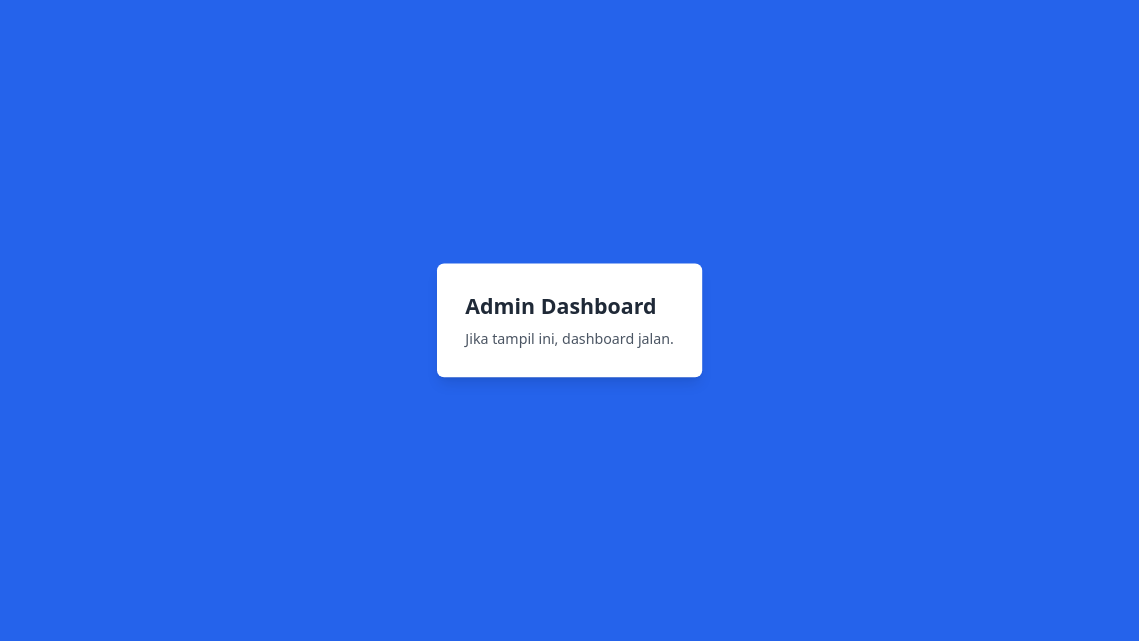
Repository: Warfail/restoran-frontend
Page: /admin
The author's editor kept a copy of each file at every save. The page is drawn from the files as they stood at one save, then again after the next save.
The browser window is 1280 px wide. The pictures show the whole page, at 89% of full size.
The project was rebuilt for these pictures with package versions that can differ from the ones it lists, and the page was loaded fresh each time. Also part of the build but not shown: vite.config.js, src/pages/LoginPage.jsx.

Above is the page before, as saved 2026-06-15 18:50:54.

### index.html
<!doctype html>
<html lang="en">
  <head>
    <meta charset="UTF-8" />
    <link rel="icon" type="image/svg+xml" href="/favicon.svg" />
    <meta name="viewport" content="width=device-width, initial-scale=1.0" />
    <title>restorant-frontend-update</title>
  </head>
  <body>
    <div id="root"></div>
    <script type="module" src="/src/main.jsx"></script>
  </body>
</html>

### src/App.jsx
import { BrowserRouter, Routes, Route, Navigate } from "react-router-dom";
import LoginPage from "./pages/LoginPage";
import AdminDashboard from "./pages/AdminDashboard";

function App() {
  return (
    <BrowserRouter>
      <Routes>
        <Route path="/login" element={<LoginPage />} />
        <Route path="/admin" element={<AdminDashboard />} />
        <Route path="/" element={<Navigate to="/login" />} />
      </Routes>
    </BrowserRouter>
  );
}

export default App;

### src/pages/AdminDashboard.jsx
import Sidebar from "../components/admin/Sidebar";
import StatsCard from "../components/admin/StatsCard";
import TopMenuList from "../components/admin/TopMenuList";
import BottomMenuList from "../components/admin/BottomMenuList";
import RecentOrdersTable from "../components/admin/RecentOrdersTable";
import Footer from "../components/admin/Footer";

export default function AdminDashboard() {
  return (
    <div className="min-h-screen flex items-center justify-center bg-blue-600">
      <div className="bg-white p-8 rounded-lg shadow-lg">
        <h1 className="text-2xl font-bold text-gray-800">Admin Dashboard</h1>
        <p className="text-gray-600 mt-2">Jika tampil ini, dashboard jalan.</p>
      </div>
    </div>
  );
}

### src/components/admin/Sidebar.jsx
import { useNavigate } from "react-router-dom";

export default function Sidebar() {
  const navigate = useNavigate();

  const handleLogout = () => {
    localStorage.removeItem("token");
    localStorage.removeItem("role");
    navigate("/login");
  };

  return (
    <aside className="fixed left-0 top-0 w-64 h-full bg-[#E12A2C] shadow-lg z-10">
      <div className="p-6 border-b border-white/10">
        <h2 className="text-xl font-extrabold text-white tracking-tight">Singkong Keju D9</h2>
        <p className="text-[#CBFFC2] text-sm mt-1 font-koulen">Admin Panel</p>
      </div>

      <nav className="p-4 space-y-1">
        <a href="#" className="flex items-center gap-3 px-4 py-3 bg-[#FEB64C] text-[#704800] rounded-lg font-medium">
          <svg width="18" height="18" viewBox="0 0 18 18" fill="none">
            <path d="M10 6V0H18V6H10ZM0 10V0H8V10H0ZM10 18V8H18V18H10ZM0 18V12H8V18H0Z" fill="#704800"/>
          </svg>
          Ringkasan
        </a>

        <a href="#" className="flex items-center gap-3 px-4 py-3 text-white hover:bg-white/10 rounded-lg transition">
          <svg width="18" height="18" viewBox="0 0 18 18" fill="white">
            <path d="M1.4 18L0 16.6L10.25 6.35C9.95 5.65 9.90833 4.85833 10.125 3.975C10.3417 3.09167 10.8167 2.3 11.55 1.6C12.4333 0.716667 13.4167 0.2 14.5 0.05C15.5833 -0.1 16.4667 0.166667 17.15 0.85C17.8333 1.53333 18.1 2.41667 17.95 3.5C17.8 4.58333 17.2833 5.56667 16.4 6.45C15.7 7.18333 14.9083 7.65833 14.025 7.875C13.1417 8.09167 12.35 8.05 11.65 7.75L10.4 9L18 16.6L16.6 18L9 10.45L1.4 18Z"/>
          </svg>
          Manajemen Menu
        </a>

        <a href="#" className="flex items-center gap-3 px-4 py-3 text-white hover:bg-white/10 rounded-lg transition">
          <svg width="20" height="20" viewBox="0 0 20 20" fill="white">
            <path d="M12.5 18.925L8.25 14.675L9.65 13.275L12.5 16.125L18.15 10.475L19.55 11.875L12.5 18.925Z"/>
            <path d="M18 9H16V4H14V7H4V4H2V18H8V20H2C1.45 20 0.979167 19.8042 0.5875 19.4125C0.195833 19.0208 0 18.55 0 18V4C0 3.45 0.195833 2.97917 0.5875 2.5875C0.979167 2.19583 1.45 2 2 2H6.175C6.35833 1.41667 6.71667 0.9375 7.25 0.5625C7.78333 0.1875 8.36667 0 9 0C9.66667 0 10.2625 0.1875 10.7875 0.5625C11.3125 0.9375 11.6667 1.41667 11.85 2H16C16.55 2 17.0208 2.19583 17.4125 2.5875C17.8042 2.97917 18 3.45 18 4V9Z"/>
          </svg>
          Stok Bahan
        </a>

        <a href="#" className="flex items-center gap-3 px-4 py-3 text-white hover:bg-white/10 rounded-lg transition">
          <svg width="22" height="16" viewBox="0 0 22 16" fill="white">
            <path d="M0 16V13.2C0 12.6333 0.145833 12.1125 0.4375 11.6375C0.729167 11.1625 1.11667 10.8 1.6 10.55C2.63333 10.0333 3.68333 9.64583 4.75 9.3875C5.81667 9.12917 6.9 9 8 9C9.1 9 10.1833 9.12917 11.25 9.3875C12.3167 9.64583 13.3667 10.0333 14.4 10.55C14.8833 10.8 15.2708 11.1625 15.5625 11.6375C15.8542 12.1125 16 12.6333 16 13.2V16H0Z"/>
            <path d="M18 16V13C18 12.2667 17.7958 11.5625 17.3875 10.8875C16.9792 10.2125 16.4 9.63333 15.65 9.15C16.5 9.25 17.3 9.42083 18.05 9.6625C18.8 9.90417 19.5 10.2 20.15 10.55C20.75 10.8833 21.2083 11.2542 21.525 11.6625C21.8417 12.0708 22 12.5167 22 13V16H18Z"/>
            <path d="M8 8C6.9 8 5.95833 7.60833 5.175 6.825C4.39167 6.04167 4 5.1 4 4C4 2.9 4.39167 1.95833 5.175 1.175C5.95833 0.391667 6.9 0 8 0C9.1 0 10.0417 0.391667 10.825 1.175C11.6083 1.95833 12 2.9 12 4C12 5.1 11.6083 6.04167 10.825 6.825C10.0417 7.60833 9.1 8 8 8Z"/>
          </svg>
          Manajemen Pengguna
        </a>

        <a href="#" className="flex items-center gap-3 px-4 py-3 text-white hover:bg-white/10 rounded-lg transition">
          <svg width="18" height="18" viewBox="0 0 18 18" fill="white">
            <path d="M4 14H6V7H4V14ZM8 14H10V4H8V14ZM12 14H14V10H12V14ZM2 18C1.45 18 0.979167 17.8042 0.5875 17.4125C0.195833 17.0208 0 16.55 0 16V2C0 1.45 0.195833 0.979167 0.5875 0.5875C0.979167 0.195833 1.45 0 2 0H16C16.55 0 17.0208 0.195833 17.4125 0.5875C17.8042 0.979167 18 1.45 18 2V16C18 16.55 17.8042 17.0208 17.4125 17.4125C17.0208 17.8042 16.55 18 16 18H2Z"/>
          </svg>
          Laporan Penjualan
        </a>
      </nav>

      <div className="absolute bottom-0 left-0 right-0 p-4 border-t border-white/10">
        <button className="flex items-center gap-3 px-4 py-3 text-white hover:bg-white/10 rounded-lg w-full transition">
          <svg width="21" height="20" viewBox="0 0 21 20" fill="white">
            <path d="M7.3 20L6.9 16.8C6.68333 16.7167 6.47917 16.6167 6.2875 16.5C6.09583 16.3833 5.90833 16.2583 5.725 16.125L2.75 17.375L0 12.625L2.575 10.675C2.55833 10.5583 2.55 10.4458 2.55 10.3375C2.55 10.2292 2.55 10.1167 2.55 10C2.55 9.88333 2.55 9.77083 2.55 9.6625C2.55 9.55417 2.55833 9.44167 2.575 9.325L0 7.375L2.75 2.625L5.725 3.875C5.90833 3.74167 6.1 3.61667 6.3 3.5C6.5 3.38333 6.7 3.28333 6.9 3.2L7.3 0H12.8L13.2 3.2C13.4167 3.28333 13.6208 3.38333 13.8125 3.5C14.0042 3.61667 14.1917 3.74167 14.375 3.875L17.35 2.625L20.1 7.375L17.525 9.325C17.5417 9.44167 17.55 9.55417 17.55 9.6625C17.55 9.77083 17.55 9.88333 17.55 10C17.55 10.1167 17.55 10.2292 17.55 10.3375C17.55 10.4458 17.5333 10.5583 17.5 10.675L20.075 12.625L17.325 17.375L14.375 16.125C14.1917 16.2583 14 16.3833 13.8 16.5C13.6 16.6167 13.4 16.7167 13.2 16.8L12.8 20H7.3Z"/>
          </svg>
          Pengaturan
        </button>

        <button
          onClick={handleLogout}
          className="flex items-center gap-3 px-4 py-3 text-white hover:bg-white/10 rounded-lg w-full mt-1 transition"
        >
          <svg width="18" height="18" viewBox="0 0 18 18" fill="white">
            <path d="M2 18C1.45 18 0.979167 17.8042 0.5875 17.4125C0.195833 17.0208 0 16.55 0 16V2C0 1.45 0.195833 0.979167 0.5875 0.5875C0.979167 0.195833 1.45 0 2 0H9V2H2V16H9V18H2ZM13 14L11.625 12.55L14.175 10H6V8H14.175L11.625 5.45L13 4L18 9L13 14Z"/>
          </svg>
          Keluar
        </button>
      </div>
    </aside>
  );
}

### src/components/admin/StatsCard.jsx
export default function StatsCard({ title, value, icon, growth, bgColor, iconColor }) {
  const isPositive = growth >= 0;

  return (
    <div className="bg-white p-6 rounded-xl border border-[#BFCABA] shadow-sm">
      <div className="flex justify-between items-start">
        <div className={`p-2 rounded-lg ${bgColor}`}>
          <span className="text-xl">{icon}</span>
        </div>
        <div className={`px-2 py-1 rounded ${bgColor}`}>
          <span className={`text-sm font-bold ${iconColor}`}>
            {isPositive ? "+" : ""}{growth}%
          </span>
        </div>
      </div>
      <div className="mt-4">
        <p className="text-[#40493D] text-sm font-semibold">{title}</p>
        <p className="text-[#191C1D] text-2xl font-bold mt-1">{value}</p>
      </div>
    </div>
  );
}

### src/components/admin/TopMenuList.jsx
export default function TopMenuList({ menus }) {
  return (
    <div className="bg-white rounded-xl border border-[#BFCABA] shadow-sm overflow-hidden">
      <div className="px-6 py-5 border-b border-[#BFCABA] flex justify-between items-center">
        <div className="flex items-center gap-3">
          <div className="w-10 h-10 rounded-full bg-green-50 flex items-center justify-center">
            <svg width="20" height="12" viewBox="0 0 20 12" fill="none">
              <path d="M1.4 12L0 10.6L7.4 3.15L11.4 7.15L16.6 2H14V0H20V6H18V3.4L11.4 10L7.4 6L1.4 12Z" fill="#2E7D32"/>
            </svg>
          </div>
          <h3 className="text-xl font-semibold text-[#191C1D]">5 Menu Paling Laris</h3>
        </div>
        <svg width="20" height="20" viewBox="0 0 20 20" fill="none">
          <path d="M8.6 14.6L15.65 7.55L14.25 6.15L8.6 11.8L5.75 8.95L4.35 10.35L8.6 14.6Z" fill="#0D631B"/>
          <path d="M10 20C8.61667 20 7.31667 19.7375 6.1 19.2125C4.88333 18.6875 3.825 17.975 2.925 17.075C2.025 16.175 1.3125 15.1167 0.7875 13.9C0.2625 12.6833 0 11.3833 0 10C0 8.61667 0.2625 7.31667 0.7875 6.1C1.3125 4.88333 2.025 3.825 2.925 2.925C3.825 2.025 4.88333 1.3125 6.1 0.7875C7.31667 0.2625 8.61667 0 10 0C11.3833 0 12.6833 0.2625 13.9 0.7875C15.1167 1.3125 16.175 2.025 17.075 2.925C17.975 3.825 18.6875 4.88333 19.2125 6.1C19.7375 7.31667 20 8.61667 20 10C20 11.3833 19.7375 12.6833 19.2125 13.9C18.6875 15.1167 17.975 16.175 17.075 17.075C16.175 17.975 15.1167 18.6875 13.9 19.2125C12.6833 19.7375 11.3833 20 10 20Z" fill="#0D631B"/>
        </svg>
      </div>
      <div className="p-6 space-y-6">
        {menus.map((menu, idx) => {
          const maxSold = menus[0]?.sold || 1;
          const percentage = (menu.sold / maxSold) * 100;
          return (
            <div key={idx} className="space-y-2">
              <div className="flex justify-between items-center">
                <span className="text-[#40493D] font-semibold text-sm">
                  {menu.name} {menu.price && `(Rp ${menu.price.toLocaleString()})`}
                </span>
                <span className="text-[#191C1D] font-bold text-sm">{menu.sold} terjual</span>
              </div>
              <div className="h-3 bg-[#E7E8E9] rounded-full overflow-hidden">
                <div className="h-full bg-[#2E7D32] rounded-full" style={{ width: `${percentage}%` }}></div>
              </div>
            </div>
          );
        })}
      </div>
    </div>
  );
}

### src/components/admin/BottomMenuList.jsx
export default function BottomMenuList({ menus }) {
  const maxSold = menus[0]?.sold || 1;

  return (
    <div className="bg-white rounded-xl border border-[#BFCABA] shadow-sm overflow-hidden">
      <div className="px-6 py-5 border-b border-[#BFCABA] flex justify-between items-center">
        <div className="flex items-center gap-3">
          <div className="w-10 h-10 rounded-full bg-amber-50 flex items-center justify-center">
            <svg width="20" height="12" viewBox="0 0 20 12" fill="none">
              <path d="M14 12V10H16.6L11.4 4.85L7.4 8.85L0 1.4L1.4 0L7.4 6L11.4 2L18 8.6V6H20V12H14Z" fill="#835500"/>
            </svg>
          </div>
          <h3 className="text-xl font-semibold text-[#191C1D]">5 Menu Kurang Laris</h3>
        </div>
        <svg width="22" height="19" viewBox="0 0 22 19" fill="none">
          <path d="M0 19L11 0L22 19H0Z" fill="#835500"/>
          <path d="M11 16C11.2833 16 11.5208 15.9042 11.7125 15.7125C11.9042 15.5208 12 15.2833 12 15C12 14.7167 11.9042 14.4792 11.7125 14.2875C11.5208 14.0958 11.2833 14 11 14C10.7167 14 10.4792 14.0958 10.2875 14.2875C10.0958 14.4792 10 14.7167 10 15C10 15.2833 10.0958 15.5208 10.2875 15.7125C10.4792 15.9042 10.7167 16 11 16Z" fill="#835500"/>
          <path d="M10 13H12V8H10V13Z" fill="#835500"/>
        </svg>
      </div>
      <div className="p-6 space-y-6">
        {menus.map((menu, idx) => {
          const percentage = (menu.sold / maxSold) * 100;
          return (
            <div key={idx} className="space-y-2">
              <div className="flex justify-between items-center">
                <span className="text-[#40493D] font-semibold text-sm">{menu.name}</span>
                <span className="text-[#191C1D] font-bold text-sm">{menu.sold} terjual</span>
              </div>
              <div className="h-3 bg-[#E7E8E9] rounded-full overflow-hidden">
                <div className="h-full bg-[#707A6C] opacity-40 rounded-full" style={{ width: `${percentage}%` }}></div>
              </div>
            </div>
          );
        })}
      </div>
    </div>
  );
}

### src/components/admin/RecentOrdersTable.jsx
export default function RecentOrdersTable({ orders }) {
  const getStatusBadge = (status) => {
    if (status === "SELESAI") {
      return <span className="px-3 py-1 rounded-full bg-green-50 text-[#0D631B] text-xs font-bold uppercase">SELESAI</span>;
    }
    return <span className="px-3 py-1 rounded-full bg-amber-50 text-[#704800] text-xs font-bold uppercase">PROSES</span>;
  };

  return (
    <div className="bg-white rounded-xl border border-[#BFCABA] shadow-sm overflow-hidden">
      <div className="px-6 py-4 border-b border-[#BFCABA] flex justify-between items-center">
        <h3 className="text-xl font-semibold text-[#191C1D]">Transaksi Terakhir</h3>
        <button className="text-[#0D631B] text-xs font-bold">Lihat Semua</button>
      </div>
      <div className="overflow-x-auto">
        <table className="w-full">
          <thead className="bg-[#F3F4F5]">
            <tr>
              <th className="px-6 py-4 text-left text-[#40493D] text-xs font-bold uppercase tracking-wider">ID PESANAN</th>
              <th className="px-6 py-4 text-left text-[#40493D] text-xs font-bold uppercase tracking-wider">PELANGGAN</th>
              <th className="px-6 py-4 text-left text-[#40493D] text-xs font-bold uppercase tracking-wider">WAKTU</th>
              <th className="px-6 py-4 text-left text-[#40493D] text-xs font-bold uppercase tracking-wider">METODE</th>
              <th className="px-6 py-4 text-left text-[#40493D] text-xs font-bold uppercase tracking-wider">STATUS</th>
              <th className="px-6 py-4 text-right text-[#40493D] text-xs font-bold uppercase tracking-wider">TOTAL</th>
             </tr>
          </thead>
          <tbody className="divide-y divide-[#BFCABA]">
            {orders.map((order, idx) => (
              <tr key={idx} className="hover:bg-gray-50">
                <td className="px-6 py-4 text-[#0D631B] font-bold text-sm">{order.id}</td>
                <td className="px-6 py-4 text-[#191C1D] text-sm">{order.customer}</td>
                <td className="px-6 py-4 text-[#40493D] text-sm">{order.time}</td>
                <td className="px-6 py-4 text-[#191C1D] text-sm">{order.method}</td>
                <td className="px-6 py-4">{getStatusBadge(order.status)}</td>
                <td className="px-6 py-4 text-right text-[#191C1D] font-bold text-sm">Rp {order.total.toLocaleString()}</td>
               </tr>
            ))}
          </tbody>
        </table>
      </div>
    </div>
  );
}

### src/components/admin/Footer.jsx
export default function Footer() {
  return (
    <footer className="py-6 text-center text-gray-400 text-sm border-t bg-white mt-8">
      <div className="flex justify-center gap-6 mb-2">
        <a href="#" className="hover:text-orange-500 transition">Bantuan</a>
        <a href="#" className="hover:text-orange-500 transition">Privasi</a>
        <a href="#" className="hover:text-orange-500 transition">Syarat & Ketentuan</a>
      </div>
      <p>© 2024 Singkong Keju D9. Keamanan Terjamin.</p>
    </footer>
  );
}

Loaded but not shown: src/main.jsx (common file); src/index.css (common file); tailwind.config.js (common file)

After the next save:
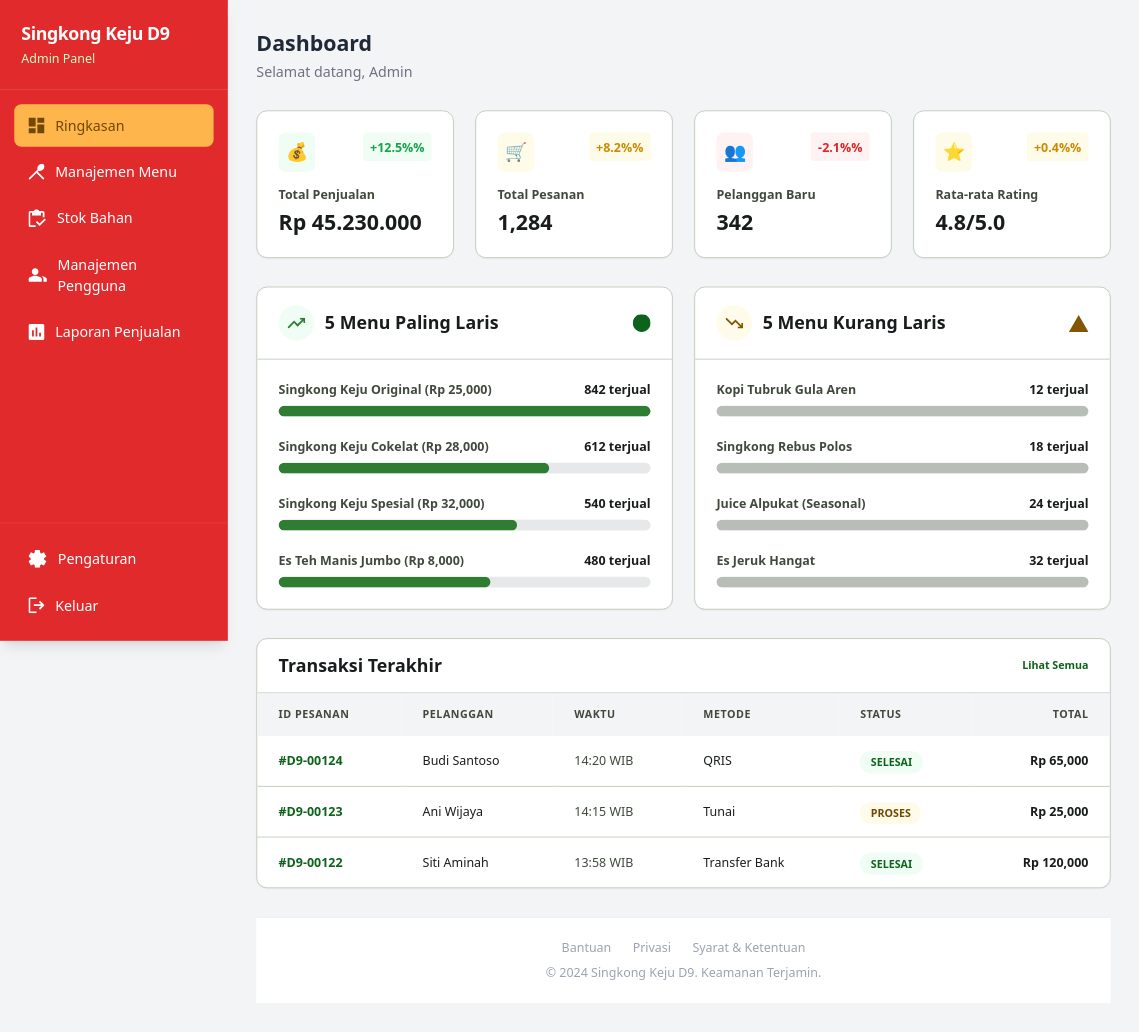
Saved 7 s later.
--- a/src/pages/AdminDashboard.jsx
+++ b/src/pages/AdminDashboard.jsx
@@ -1,3 +1,5 @@
+import { useState, useEffect } from "react";
+import { useNavigate } from "react-router-dom";
 import Sidebar from "../components/admin/Sidebar";
 import StatsCard from "../components/admin/StatsCard";
 import TopMenuList from "../components/admin/TopMenuList";
@@ -6,12 +8,80 @@ import RecentOrdersTable from "../components/admin/RecentOrdersTable";
 import Footer from "../components/admin/Footer";
 
 export default function AdminDashboard() {
+  const navigate = useNavigate();
+  const [loading, setLoading] = useState(true);
+  const [stats, setStats] = useState([]);
+  const [topMenus, setTopMenus] = useState([]);
+  const [bottomMenus, setBottomMenus] = useState([]);
+  const [recentOrders, setRecentOrders] = useState([]);
+
+  useEffect(() => {
+    setTimeout(() => {
+      setStats([
+        { title: "Total Penjualan", value: "Rp 45.230.000", icon: "💰", growth: "+12.5%", bgColor: "bg-green-50", iconColor: "text-green-600" },
+        { title: "Total Pesanan", value: "1,284", icon: "🛒", growth: "+8.2%", bgColor: "bg-yellow-50", iconColor: "text-yellow-600" },
+        { title: "Pelanggan Baru", value: "342", icon: "👥", growth: "-2.1%", bgColor: "bg-red-50", iconColor: "text-red-600" },
+        { title: "Rata-rata Rating", value: "4.8/5.0", icon: "⭐", growth: "+0.4%", bgColor: "bg-yellow-50", iconColor: "text-yellow-600" }
+      ]);
+
+      setTopMenus([
+        { name: "Singkong Keju Original", price: 25000, sold: 842 },
+        { name: "Singkong Keju Cokelat", price: 28000, sold: 612 },
+        { name: "Singkong Keju Spesial", price: 32000, sold: 540 },
+        { name: "Es Teh Manis Jumbo", price: 8000, sold: 480 }
+      ]);
+
+      setBottomMenus([
+        { name: "Kopi Tubruk Gula Aren", sold: 12 },
+        { name: "Singkong Rebus Polos", sold: 18 },
+        { name: "Juice Alpukat (Seasonal)", sold: 24 },
+        { name: "Es Jeruk Hangat", sold: 32 }
+      ]);
+
+      setRecentOrders([
+        { id: "#D9-00124", customer: "Budi Santoso", time: "14:20 WIB", method: "QRIS", status: "SELESAI", total: 65000 },
+        { id: "#D9-00123", customer: "Ani Wijaya", time: "14:15 WIB", method: "Tunai", status: "PROSES", total: 25000 },
+        { id: "#D9-00122", customer: "Siti Aminah", time: "13:58 WIB", method: "Transfer Bank", status: "SELESAI", total: 120000 }
+      ]);
+
+      setLoading(false);
+    }, 500);
+  }, []);
+
+  if (loading) {
+    return (
+      <div className="min-h-screen flex items-center justify-center bg-gray-100">
+        <div className="text-center">
+          <div className="w-16 h-16 border-4 border-orange-500 border-t-transparent rounded-full animate-spin mx-auto mb-4"></div>
+          <p className="text-gray-600">Loading dashboard...</p>
+        </div>
+      </div>
+    );
+  }
+
   return (
-    <div className="min-h-screen flex items-center justify-center bg-blue-600">
-      <div className="bg-white p-8 rounded-lg shadow-lg">
-        <h1 className="text-2xl font-bold text-gray-800">Admin Dashboard</h1>
-        <p className="text-gray-600 mt-2">Jika tampil ini, dashboard jalan.</p>
-      </div>
+    <div className="min-h-screen bg-gray-100">
+      <Sidebar />
+      <main className="ml-64 p-8">
+        <div className="mb-8">
+          <h1 className="text-2xl font-bold text-gray-800">Dashboard</h1>
+          <p className="text-gray-500 mt-1">Selamat datang, Admin</p>
+        </div>
+
+        <div className="grid grid-cols-1 md:grid-cols-2 lg:grid-cols-4 gap-6 mb-8">
+          {stats.map((stat, idx) => (
+            <StatsCard key={idx} {...stat} />
+          ))}
+        </div>
+
+        <div className="grid grid-cols-1 lg:grid-cols-2 gap-6 mb-8">
+          <TopMenuList menus={topMenus} />
+          <BottomMenuList menus={bottomMenus} />
+        </div>
+
+        <RecentOrdersTable orders={recentOrders} />
+        <Footer />
+      </main>
     </div>
   );
 }
